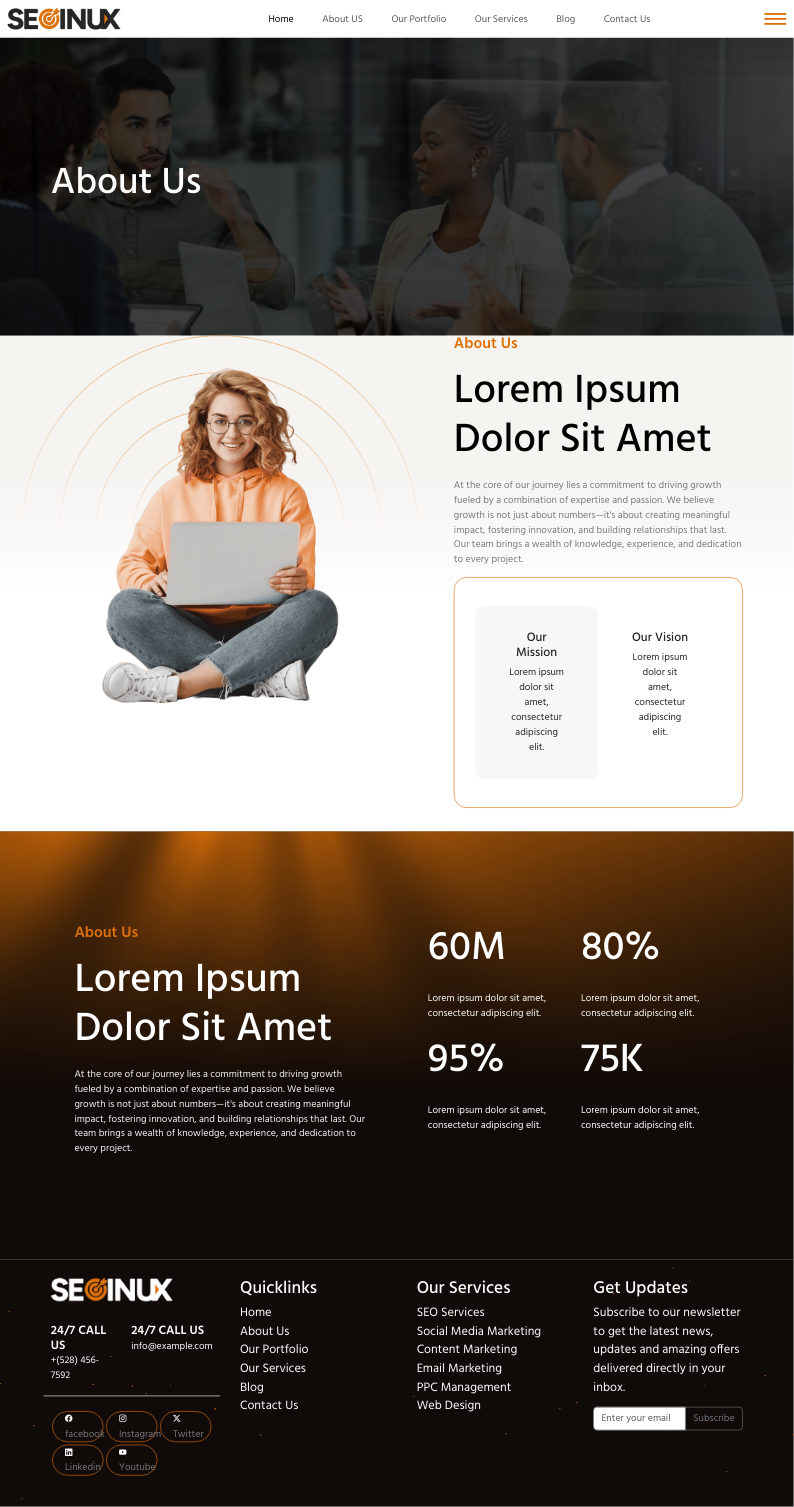
Repository: tagnam/seoinox
Page: about.html
These files come from the project's save history. The page is drawn as it stood at one moment and after a run of saves; the edit follows.
The browser window is 1280 px wide. The pictures show the whole page, at 62% of full size.
Backgrounds fixed to the window are drawn as part of the page.

Above is the page before, as saved 2025-02-26 10:56:25.

After the next 3 saves:
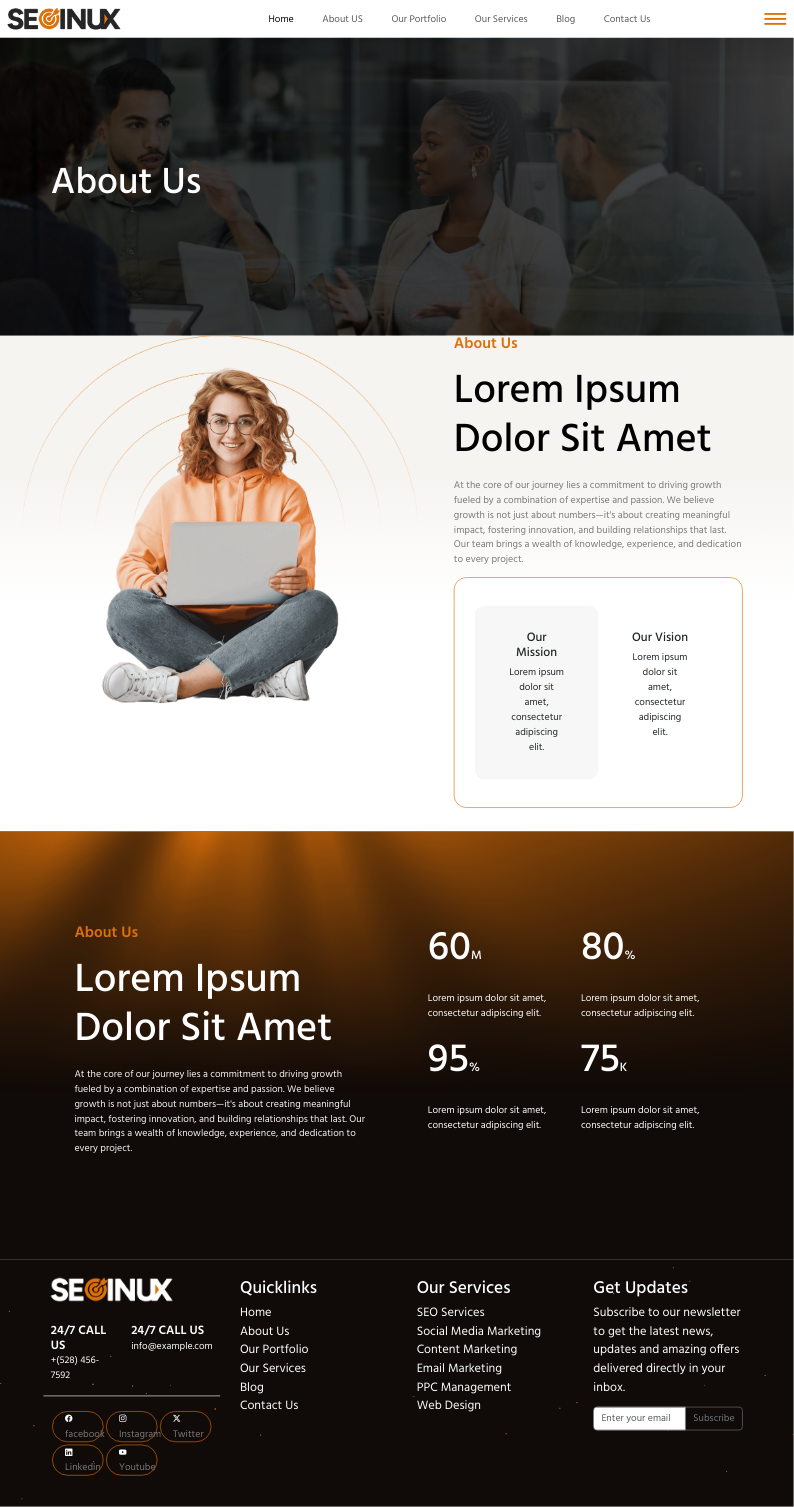
The 3 saves are shown as one change because they came seconds apart.
The last was saved 23 s later.
--- a/style/css/style.css
+++ b/style/css/style.css
@@ -512,6 +512,13 @@ div.service-card{
     transition: all 0.3s;
 }
 
+.choice-num span{
+    font-size: 20px;
+    font-weight: 500;
+    color: #ffffff;
+    margin-bottom: 30px;
+    transition: all 0.3s;
+}
 /* <!--====================================== end about page  ============================--> */
 
 
